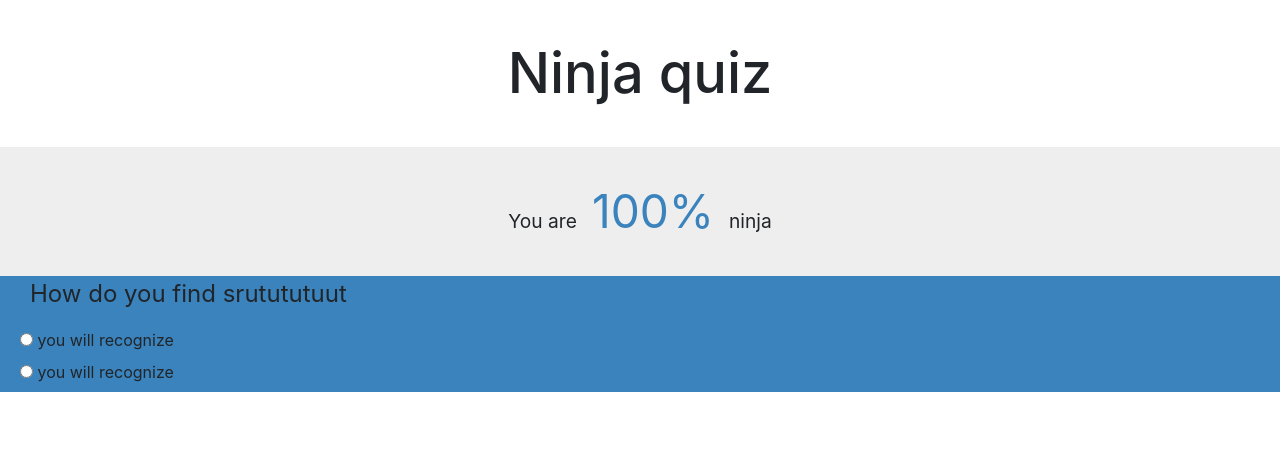
Repository: ajgors/config
Page: Nauka Js/Projekty/Quiz/index.html
The author's editor kept a copy of each file at every save. The page is drawn from the files as they stood at one save, then again after the next save.
The browser window is 1280 px wide. The pictures show the whole page.

Above is the page before, as saved 2019-08-11 18:31:51.
Console error: TypeError: Cannot read properties of null (reading 'addEventListener')

### Nauka Js/Projekty/Quiz/index.html
<!DOCTYPE html>
<html lang="en">

<head>
    <meta charset="UTF-8">
    <meta name="viewport" content="width=device-width, initial-scale=1.0">
    <meta http-equiv="X-UA-Compatible" content="ie=edge">
    <title>Document</title>
    <link rel="stylesheet" href="https://stackpath.bootstrapcdn.com/bootstrap/4.3.1/css/bootstrap.min.css"
        integrity="sha384-ggOyR0iXCbMQv3Xipma34MD+dH/1fQ784/j6cY/iJTQUOhcWr7x9JvoRxT2MZw1T" crossorigin="anonymous">
        <link rel="stylesheet" href="css.css">
</head>

<body>
    <!-- Header -->
    <!-- <div class="intro py-3 bg-white text-center">
        <div class="container">
            <h2 class="text-primary display-3 my-4">Ninja Quiz</h2>
        </div>
    </div> -->

    <header class="header">
        <h1 class="header__title">Ninja quiz</h1>
    </header>

    <!-- Result -->
    <!-- <div class="result py-4  bg-light text-center">
        <div class="container lead">
            <p>You are <span class="text-primary display-4 p-3">110%</span>Ninja</p>
        </div>
    </div> -->

    <div class="result">
        <p class="result__paragraph">You are<span class="result__span">100%</span>ninja</p>
    </div>

    <!-- Form -->
    <!-- <div class="quiz py-4 bg-primary">
        <div class="container">
            <h2 class="my-5 text-white">On with the question...</h2>
            <form action="" class="quiz-form text-light">
                <div class="my-5">
                    <p class="lead font-weight-normal">1. How do you give a ninja directions</p>
                    <div class="form-check my-2 text-white-50">
                        <input type="radio" name='q1' value='A' checked>
                        <label for="" class="form-check-label">Show them map</label>
                    </div>
                    <div class="form-check my-2 text-white-50">
                        <input type="radio" name='q1' value='B'>
                        <label for="" class="form-check-label">Don't worry a ninja will find you</label>
                    </div>
                </div>
                <div class="my-5">
                    <p class="lead font-weight-normal">2 asdfasdfad fafasfasdfadffasdsf</p>
                    <div class="form-check my-2 text-white-50">
                        <input type="radio" name='q2' value='A' checked>
                        <label for="" class="form-check-label">1.apple</label>
                    </div>
                    <div class="form-check my-2 text-white-50">
                        <input type="radio" name='q2' value='B'>
                        <label for="" class="form-check-label">3.apple</label>
                    </div>
                </div>
                <div class="my-5">
                    <p class="lead font-weight-normal">3. how do you tknow if you met a ninja</p>
                    <div class="form-check my-2 text-white-50">
                        <input type="radio" name='q3' value='A' checked>
                        <label for="" class="form-check-label">youll recognize a outfit</label>
                    </div>
                    <div class="form-check my-2 text-white-50">
                        <input type="radio" name='q3' value='B'>
                        <label for="" class="form-check-label">the grim reaper wil tell you</label>
                    </div>
                </div>
                <div class="my-5">
                    <p class="lead font-weight-normal">4 what is a ninjas favourite array method</p>
                    <div class="form-check my-2 text-white-50">
                        <input type="radio" name='q4' value='A' checked>
                        <label for="" class="form-check-label">forEach()</label>
                    </div>
                    <div class="form-check my-2 text-white-50">
                        <input type="radio" name='q4' value='B'>
                        <label for="" class="form-check-label">slice()</label>
                    </div>
                </div>
                <div class="text-center">
                    <input type="submit" class='btn btn-light'>
                </div>
            </form>
        </div> -->

<div class="quiz">
    <form action="quiz-form">
        <div class="">
            <p class="question">How do you find srutututuut</p>
            <div class="form-check">
                <input type="radio" name="q1" value="A" id="">
                <label for=""> you will recognize </label>
            </div>
            <div class="form-check">
                    <input type="radio" name="q1" value="B" id="">
                    <label for=""> you will recognize </label>
                </div>
        </div>
    </form>
</div>

    </div>

    <script src="js.js"></script>
</body>

</html>

### Nauka Js/Projekty/Quiz/css.css
*{
    margin: 0;
    padding: 0;
}

.header__title{
    text-align: center;
    margin:  40px auto;
    font-size: 3.5em;
}

.result{
    background-color: #eee;
}
.result__paragraph{
    text-align: center;
    padding: 30px;
    margin: 0;
    font-size: 1.2em
}
.result__span{
    font-size: 2.4em;
    padding: 15px;
    color:#3b83bd;
}

.quiz{
    background-color: #3b83bd;
}

.question{
    font-size: 1.5em;
    margin-left: 30px
}

### Nauka Js/Projekty/Quiz/js.js




const form = document.querySelector('.quiz-form');
const result = document.querySelector('.result');
const correctAnswers = ['B','B','B','B'];
const spanResult = document.querySelector('span');

form.addEventListener('submit', e=>{
    e.preventDefault();

    //check answer
    let score = 0;
    const userAnswers = [form.q1.value, form.q2.value, form.q3.value, form.q4.value];

    userAnswers.forEach((answer, index) =>{
        if(answer === correctAnswers[index]){
            score += 25;
        }
    });

    scrollTo(0,0)
    result.classList.remove('d-none');
    // spanResult.textContent = `${score}%`

    let output = 0;
    const timer = setInterval(()=>{
        spanResult.textContent = `${output}%`
        if(output === score){
            clearInterval(timer);
        } else {
            output++;
        }
    })


})

After the next save:
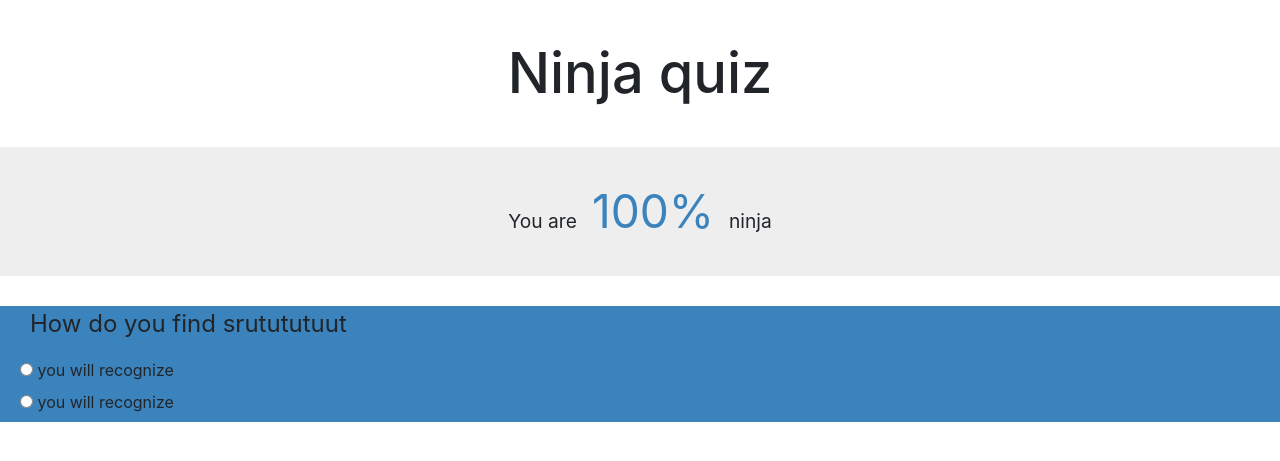
Saved 9 s later.
--- a/Nauka Js/Projekty/Quiz/css.css
+++ b/Nauka Js/Projekty/Quiz/css.css
@@ -30,5 +30,6 @@
 
 .question{
     font-size: 1.5em;
-    margin-left: 30px
+    margin-left: 30px;
+    margin-top: 30px
 }
